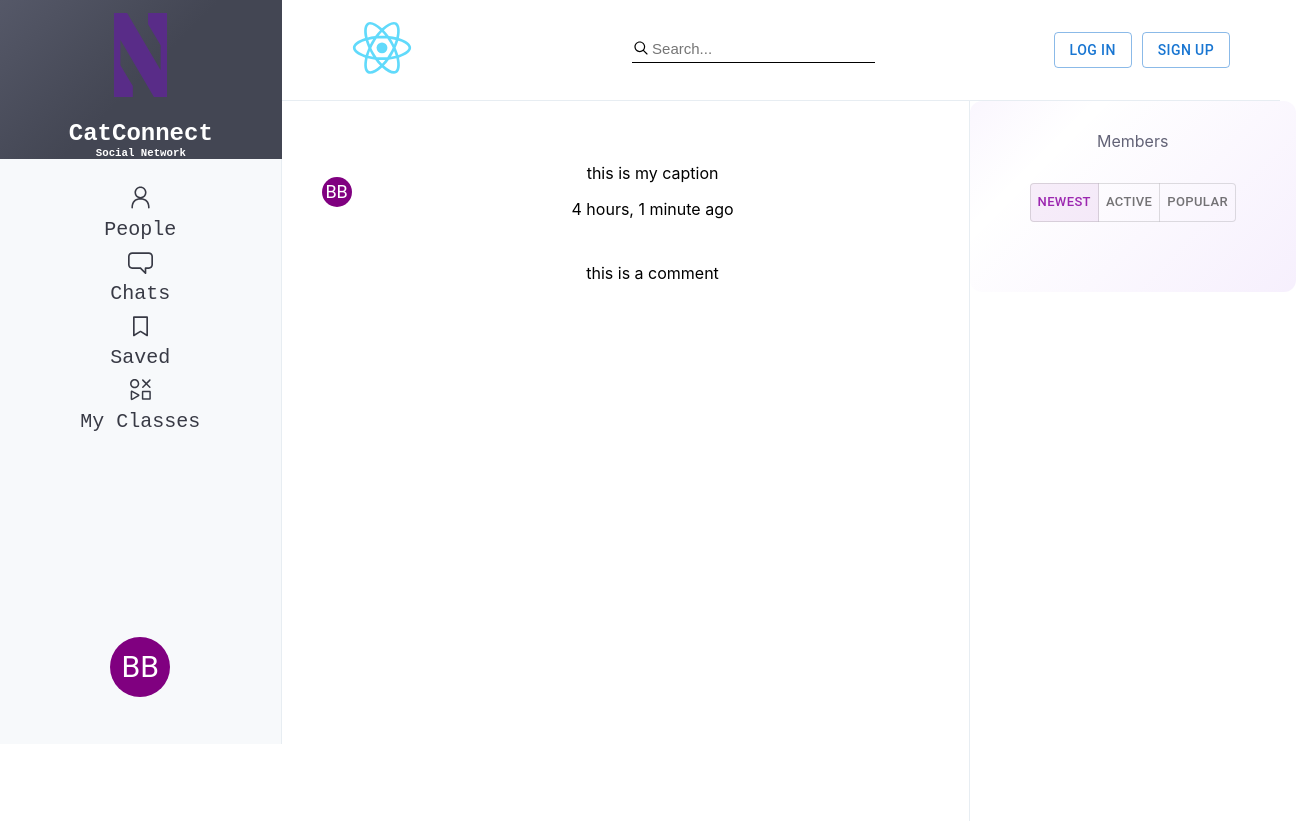
Repository: bbrockbrown/fws_proj
Page: / (app in frontend/)
An editor plug-in stored every save of this project. The page is shown before and after the next save, followed by the edit.
The browser window is 1280 px wide. The page is 1296 px wide, so the pictures cover 1296 px, including what lies to the right of the window. The pictures show the whole page.
The project was rebuilt for these pictures with package versions that can differ from the ones it lists, and the page was loaded fresh each time. Also part of the build but not shown: frontend/craco.config.js.

Above is the page before, as saved 2025-04-27 11:56:25.

### frontend/src/index.jsx
import React from 'react';

import ReactDOM from 'react-dom/client';

import App from './App';
import './index.css';
import reportWebVitals from './reportWebVitals';

const root = ReactDOM.createRoot(document.getElementById('root'));
root.render(
  <React.StrictMode>
    <App />
  </React.StrictMode>
);

// If you want to start measuring performance in your app, pass a function
// to log results (for example: reportWebVitals(console.log))
// or send to an analytics endpoint. Learn more: https://bit.ly/CRA-vitals
reportWebVitals();

### frontend/src/App.jsx
import React from 'react';

import styled from 'styled-components';

import Feed from 'common/components/Feed';
import MemberCard from 'common/components/MemberCard';
import SidebarLayout from 'common/components/layouts/SidebarLayout';

import './App.css';
import NavLayout from './common/components/layouts/NavLayout.jsx';

function App() {
  return (
    <div className='App'>
      <NavLayout />
      <SidebarLayout />
      <div
        className='content'
        style={{
          display: 'flex',
          paddingRight: '88px',
          marginLeft: '22%',
        }}
      >
        <Feed />
        <MemberCard />
      </div>
    </div>
  );
}

export default App;

// import React from 'react';

// import { BrowserRouter, Route, Routes } from 'react-router-dom';
// import {
//   PrivateRoute,
//   PublicOnlyRoute
// } from './components/routes/ProtectedRoutes';
// import { UserProvider } from './contexts/UserContext';
// import NavLayout from './components/layouts/NavLayout.jsx';
// import './App.css';

// function App() {
//   return (
//     <UserProvider>
//       <BrowserRouter>
//         <Routes>
//           <Route path='/' element={<NavLayout/>}>
//             <Route element={<PrivateRoute />}>
//               {/* Pages only for logged in users */}
//             </Route>
//             <Route element={<PublicOnlyRoute />}>
//               {/* Pages for only logged out users */}
//             </Route>
//           </Route>
//         </Routes>
//       </BrowserRouter>
//     </UserProvider>
//   );
// }

// export default App;

### frontend/src/common/components/Feed.jsx
import React, { useState } from 'react';

import { Avatar } from '@mui/material';
import styled from 'styled-components';

const FeedContainer = styled.div`
  padding: 30px 40px 70px;
  flex: 0 0 66.6667%;
  max-width: 0.66.6667%;
`;

const PostList = styled.ul`
  position: relative;
  padding: 0;
`;

const PostItem = styled.li`
  list-style: none;
  padding: 0;
  margin-top: 0px;
  margin-bottom: 2.5rem;
  border: none !important;
  position: relative;
`;

const PostAvatar = styled.div`
  margin: 0;
  position: absolute;
  left: 0px;
  top: 30px;
  float: left;
  z-index: 1;
  text-align: center;
`;

const PostContent = styled.div`
  margin-left: 55px;
  position: relative;
  display: flex;
  flex-direction: column;
`;

export default function Feed() {
  const [posts, setPosts] = useState([]);

  return (
    <FeedContainer>
      <PostList>
        <PostItem>
          <PostAvatar>
            <Avatar sx={{ bgcolor: 'purple', width: '30px', height: '30px' }}>
              <p style={{ fontSize: '18px' }}>BB</p>
            </Avatar>
          </PostAvatar>
          <PostContent>
            <div style={{ marginBottom: '0.75rem' }}>
              <div>
                <p>this is my caption</p>
              </div>
              <div>
                <p>4 hours, 1 minute ago</p>
              </div>
            </div>
            <div>
              <p>this is a comment</p>
            </div>
          </PostContent>
        </PostItem>
      </PostList>
    </FeedContainer>
  );
}

### frontend/src/common/components/MemberCard.jsx
import React, { useState } from 'react';

import { ToggleButton, ToggleButtonGroup } from '@mui/material';
import styled from 'styled-components';

const MemCardContainer = styled.div`
  padding: 30px 30px 70px 30px;
  min-width: 33.33%;
  width: 100%;
  border-radius: 12px;
  color: rgb(98, 98, 118);
  background-color: rgba(130, 36, 227, 0.02);
  background: linear-gradient(
    135deg,
    rgba(130, 36, 227, 0.04) 0%,
    rgba(255, 255, 255, 0) 25%,
    rgba(130, 36, 227, 0.07) 100%
  );
`;

const CardTitle = styled.div`
  margin-bottom: 1rem;
  padding-bottom: 1rem;
  position: relative;
  font-size: 1rem;
`;

export default function MemberCard() {
  const [newestMembers, setNewestMembers] = useState([]);
  const [activeMembers, setActiveMembers] = useState([]);
  const [popularMembers, setPopularMembers] = useState([]);

  function MemberToggle() {
    const [mode, setMode] = useState('Newest');

    const handleModeChange = (event, newMode) => {
      if (newMode !== null) {
        setMode(newMode);
      }
    };

    return (
      <ToggleButtonGroup
        value={mode}
        exclusive
        onChange={handleModeChange}
        aria-label='member mode'
        size='small'
        color='secondary'
      >
        <ToggleButton value='Newest' aria-label='newest members'>
          Newest
        </ToggleButton>
        <ToggleButton value='Active' aria-label='active members'>
          Active
        </ToggleButton>
        <ToggleButton value='Popular' aria-label='popular members'>
          Popular
        </ToggleButton>
      </ToggleButtonGroup>
    );
  }

  return (
    <div style={{ borderLeft: '1px solid #e7edf2', height: '100vh' }}>
      <MemCardContainer>
        <div>
          <CardTitle>Members</CardTitle>
          <MemberToggle />
        </div>
      </MemCardContainer>
    </div>
  );
}

### frontend/src/common/components/layouts/SidebarLayout.jsx
import React from 'react';

import { Avatar } from '@mui/material';
import {
  BookmarkIcon,
  ChatBubbleIcon,
  PersonIcon,
} from '@radix-ui/react-icons';
import nulogo from 'assets/icons/nulogo.svg';
import styled from 'styled-components';

const BarContainer = styled.div`
  position: fixed;
  top: 0;
  left: 0;
  overflow: visible;
  z-index: 9;
  width: 22%;
  min-width: 160px;
  height: 100vh;
  text-align: center;
`;

const InfoContainer = styled.div`
  background-color: #383a45;
  background-image: linear-gradient(
    135deg,
    rgb(85, 88, 104) 0%,
    rgb(67, 70, 83) 50%
  );
`;

const Logo = styled.img`
  max-width: 80%;
  max-height: 90px;
  height: auto;
  vertical-align: middle;
  border-style: none;
  margin-top: 10px;
  margin-left: auto;
  margin-right: auto;
`;

const LogoText = styled.h2`
  font-family: 'Courier New', monospace;
  color: white;
  margin-bottom: 0px;
`;

const SubLogoText = styled.h6`
  font-family: 'Courier New', monospace;
  color: white;
  margin-top: 0px;
  margin-bottom: 0px;
`;

const IconContainer = styled.div`
  padding-bottom: 15px;
  padding-top: 10px;
  border-right: 1px solid #e7edf2;
  background-color: #f7f9fb;
  font-family: 'Courier New', monospace;
  height: calc(100% - 160px);
`;

const IconList = styled.ul`
  padding: 0 1rem;
  text-align: center;
  flex-grow: 1;
`;

const IconItem = styled.li`
  list-style: none;
  width: 100%;
  margin-bottom: 0.5rem;
`;

const IconLink = styled.a`
  text-decoration: none;
  display: flex;
  flex-direction: column;
  align-items: center;
  gap: 0.5rem;
  color: #383a45;
  font-size: 1.25rem;
  transition: 0.1s ease-in;

  &:hover {
    color: rgb(131, 80, 172);
  }
  & > svg {
    height: 25px;
    width: auto;
  }
`;

export default function SidebarLayout() {
  return (
    <BarContainer>
      <div style={{ height: '100%', maxWidth: '100%' }}>
        <InfoContainer>
          <Logo src={nulogo} />
          <LogoText>CatConnect</LogoText>
          <SubLogoText>Social Network</SubLogoText>
        </InfoContainer>
        <IconContainer>
          <div
            style={{
              maxWidth: '250px',
              marginLeft: 'auto',
              marginRight: 'auto',
              display: 'flex',
              flexDirection: 'column',
              justifyContent: 'space-between',
              height: '100%',
            }}
          >
            <IconList>
              <IconItem>
                <IconLink href='/'>
                  <PersonIcon />
                  <span>People</span>
                </IconLink>
              </IconItem>
              <IconItem>
                <IconLink href='/'>
                  <ChatBubbleIcon />
                  <span>Chats</span>
                </IconLink>
              </IconItem>
              <IconItem>
                <IconLink href='/'>
                  <BookmarkIcon />
                  <span>Saved</span>
                </IconLink>
              </IconItem>
              <IconItem>
                <IconLink href='/'>
                  <svg
                    width='15'
                    height='15'
                    viewBox='0 0 15 15'
                    fill='none'
                    xmlns='http://www.w3.org/2000/svg'
                  >
                    <path
                      d='M2.14921 3.99996C2.14921 2.97778 2.97784 2.14915 4.00002 2.14915C5.02219 2.14915 5.85083 2.97778 5.85083 3.99996C5.85083 5.02213 5.02219 5.85077 4.00002 5.85077C2.97784 5.85077 2.14921 5.02213 2.14921 3.99996ZM4.00002 1.24915C2.48079 1.24915 1.24921 2.48073 1.24921 3.99996C1.24921 5.51919 2.48079 6.75077 4.00002 6.75077C5.51925 6.75077 6.75083 5.51919 6.75083 3.99996C6.75083 2.48073 5.51925 1.24915 4.00002 1.24915ZM5.82034 11.0001L2.49998 12.8369V9.16331L5.82034 11.0001ZM2.63883 8.21159C2.17228 7.9535 1.59998 8.29093 1.59998 8.82411V13.1761C1.59998 13.7093 2.17228 14.0467 2.63883 13.7886L6.57235 11.6126C7.05389 11.3462 7.05389 10.654 6.57235 10.3876L2.63883 8.21159ZM8.30001 9.00003C8.30001 8.61343 8.61341 8.30003 9.00001 8.30003H13C13.3866 8.30003 13.7 8.61343 13.7 9.00003V13C13.7 13.3866 13.3866 13.7 13 13.7H9.00001C8.61341 13.7 8.30001 13.3866 8.30001 13V9.00003ZM9.20001 9.20003V12.8H12.8V9.20003H9.20001ZM13.4432 2.19311C13.6189 2.01737 13.6189 1.73245 13.4432 1.55671C13.2675 1.38098 12.9826 1.38098 12.8068 1.55671L11 3.36353L9.19321 1.55674C9.01748 1.381 8.73255 1.381 8.55682 1.55674C8.38108 1.73247 8.38108 2.0174 8.55682 2.19313L10.3636 3.99992L8.55682 5.80671C8.38108 5.98245 8.38108 6.26737 8.55682 6.44311C8.73255 6.61885 9.01748 6.61885 9.19321 6.44311L11 4.63632L12.8068 6.44314C12.9826 6.61887 13.2675 6.61887 13.4432 6.44314C13.6189 6.2674 13.6189 5.98247 13.4432 5.80674L11.6364 3.99992L13.4432 2.19311Z'
                      fill='currentColor'
                      fillRule='evenodd'
                      clipRule='evenodd'
                    ></path>
                  </svg>
                  <span>My Classes</span>
                </IconLink>
              </IconItem>
            </IconList>
            <div
              style={{
                display: 'flex',
                justifyContent: 'center',
                padding: '2rem 1rem',
              }}
            >
              <Avatar sx={{ bgcolor: 'purple', width: '60px', height: '60px' }}>
                <p style={{ fontSize: '30px' }}>BB</p>
              </Avatar>
            </div>
          </div>
        </IconContainer>
      </div>
    </BarContainer>
  );
}

### frontend/src/App.css
.App {
  text-align: center;
}

.App-logo {
  height: 100vmin;
  pointer-events: none;
  width: 100vh;
}

@media (prefers-reduced-motion: no-preference) {
  .App-logo {
    animation: App-logo-spin infinite 20s linear;
  }
}

.App-header {
  background-color: #282c34;
  min-height: 100vh;
  display: flex;
  flex-direction: column;
  align-items: center;
  justify-content: center;
  font-size: calc(10px + 2vmin);
  color: white;
}

.App-link {
  color: #61dafb;
}

@keyframes App-logo-spin {
  from {
    transform: rotate(0deg);
  }
  to {
    transform: rotate(360deg);
  }
}

.navigation {
  display: flex;
  gap: 10px;
}

### frontend/src/common/components/layouts/NavLayout.jsx
import React, { useEffect, useState } from 'react';

import Button from '@mui/material/Button';
import { MagnifyingGlassIcon } from '@radix-ui/react-icons';
import logo from 'assets/icons/logo.svg';
import styled from 'styled-components';

const NavContainer = styled.div`
  max-height: 100px;
  display: flex;
  justify-content: space-between;
  align-items: center;
  padding: 0px 50px;
  border-bottom: 1px solid rgb(231, 237, 242);
  margin-left: 22%;
`;

const IconContainer = styled.div`
  position: absolute;Ç
  left: 0;
  top: 50%;
  transform: translateY(-50%);
`;

const SearchContainer = styled.div`
  position: relative;
`;

const TextContainer = styled.div`
  width: 100%;
  position: relative;
`;

const StyledInput = styled.input`
  background: none;
  width: 100%;
  border: none;
  outline: none;
  padding-left: 1.25rem;
  padding-bottom: 5px;
  border-bottom: 1px solid black;
  font-size: 15px;
`;

function SearchBar() {
  const [input, setInput] = useState('');

  useEffect(() => {
    console.log('new input is', input);
  }, [input]);

  return (
    <SearchContainer>
      <IconContainer>
        <MagnifyingGlassIcon height='18' width='18' />
      </IconContainer>
      <TextContainer>
        <StyledInput
          type='text'
          autoComplete='off'
          placeholder='Search...'
          onChange={(e) => setInput(e.target.value)}
          required
        />
      </TextContainer>
    </SearchContainer>
  );
}

export default function NavLayout() {
  const [page, setPage] = useState('');

  return (
    <NavContainer>
      <div className='logo-container'>
        <img src={logo} alt='logo' width='100' height='100' />
      </div>
      <div className='search-bar'>
        <SearchBar />
      </div>
      <div className='navigation'>
        <Button variant='outlined'> Log In </Button>
        <Button variant='outlined'> Sign Up </Button>
      </div>
    </NavContainer>
  );
}

Loaded but not shown: frontend/public/index.html (common file); frontend/src/index.css (common file); frontend/src/reportWebVitals.js (common file)

After the next save:
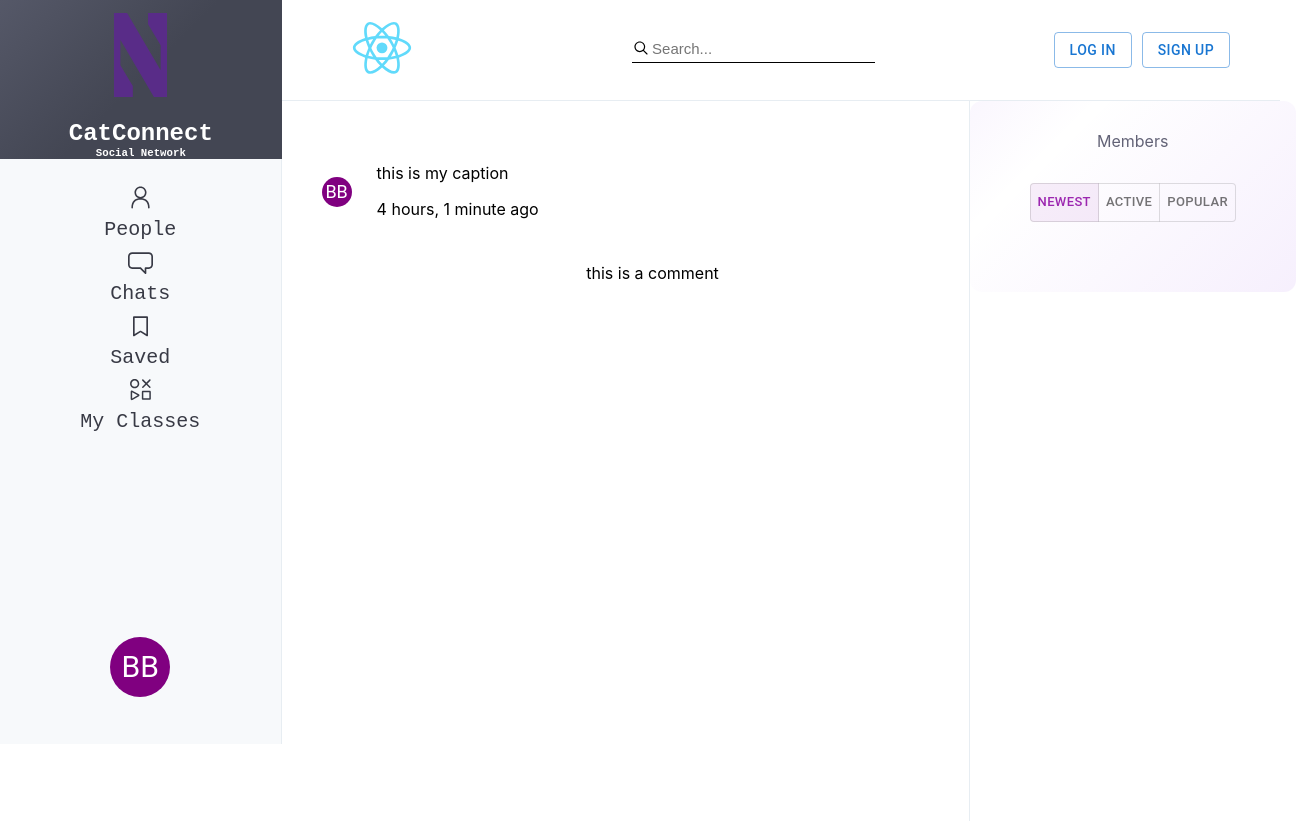
Saved 25 s later.
--- a/frontend/src/common/components/Feed.jsx
+++ b/frontend/src/common/components/Feed.jsx
@@ -53,7 +53,7 @@
             </Avatar>
           </PostAvatar>
           <PostContent>
-            <div style={{ marginBottom: '0.75rem' }}>
+            <div style={{ marginBottom: '0.75rem', textAlign: 'left' }}>
               <div>
                 <p>this is my caption</p>
               </div>
